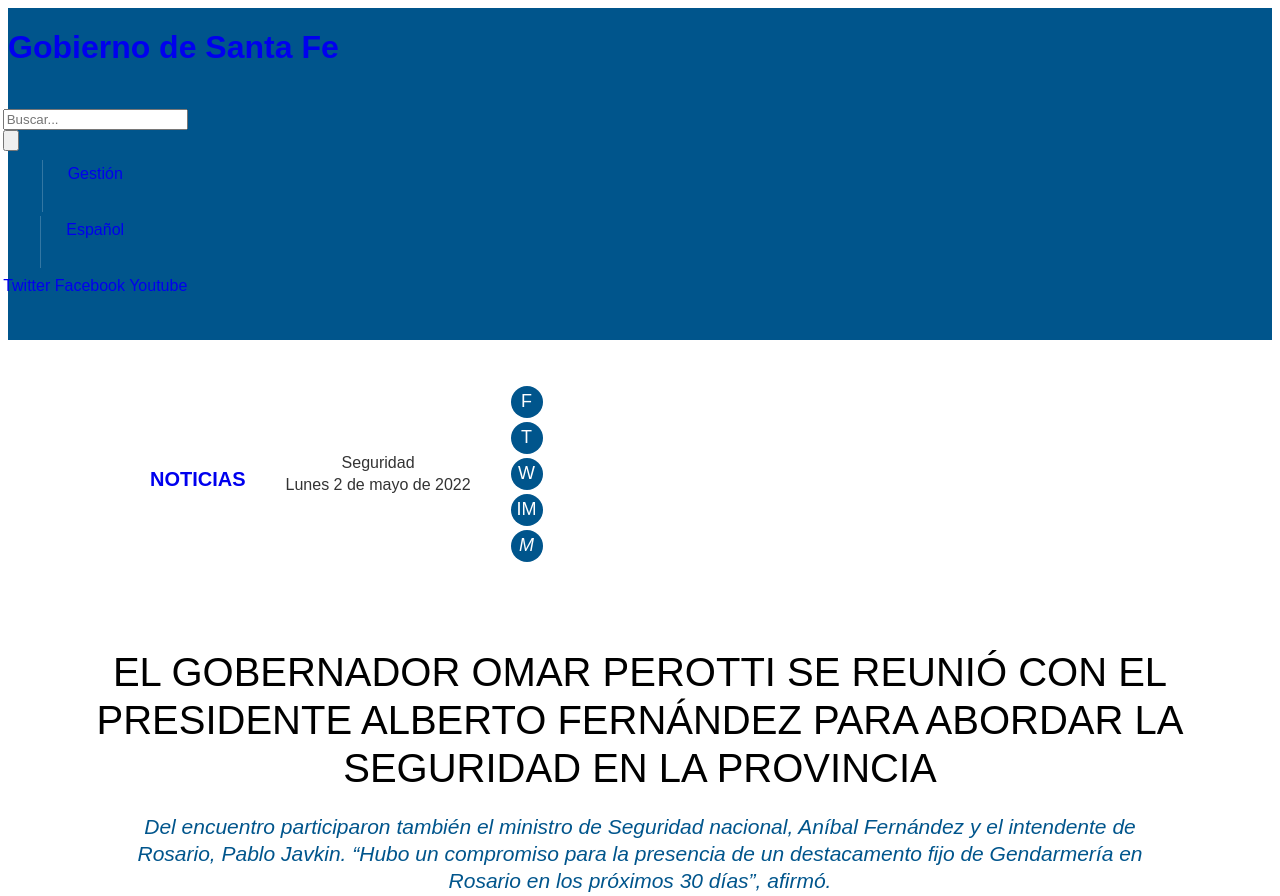
Repository: Larrowo/LPPA
Page: Clase 4/index.html
An editor plug-in stored every save of this project. The page is shown before and after the next save, followed by the edit.
The browser window is 1280 px wide. The pictures show the part of the page from y = 0 to 896 px (the page is 2987 px tall).
A picture or video elsewhere on the page could not be fetched, so the positions and the page height are approximate.

Above is the page before, as saved 2022-05-03 14:25:34.

After the next save:
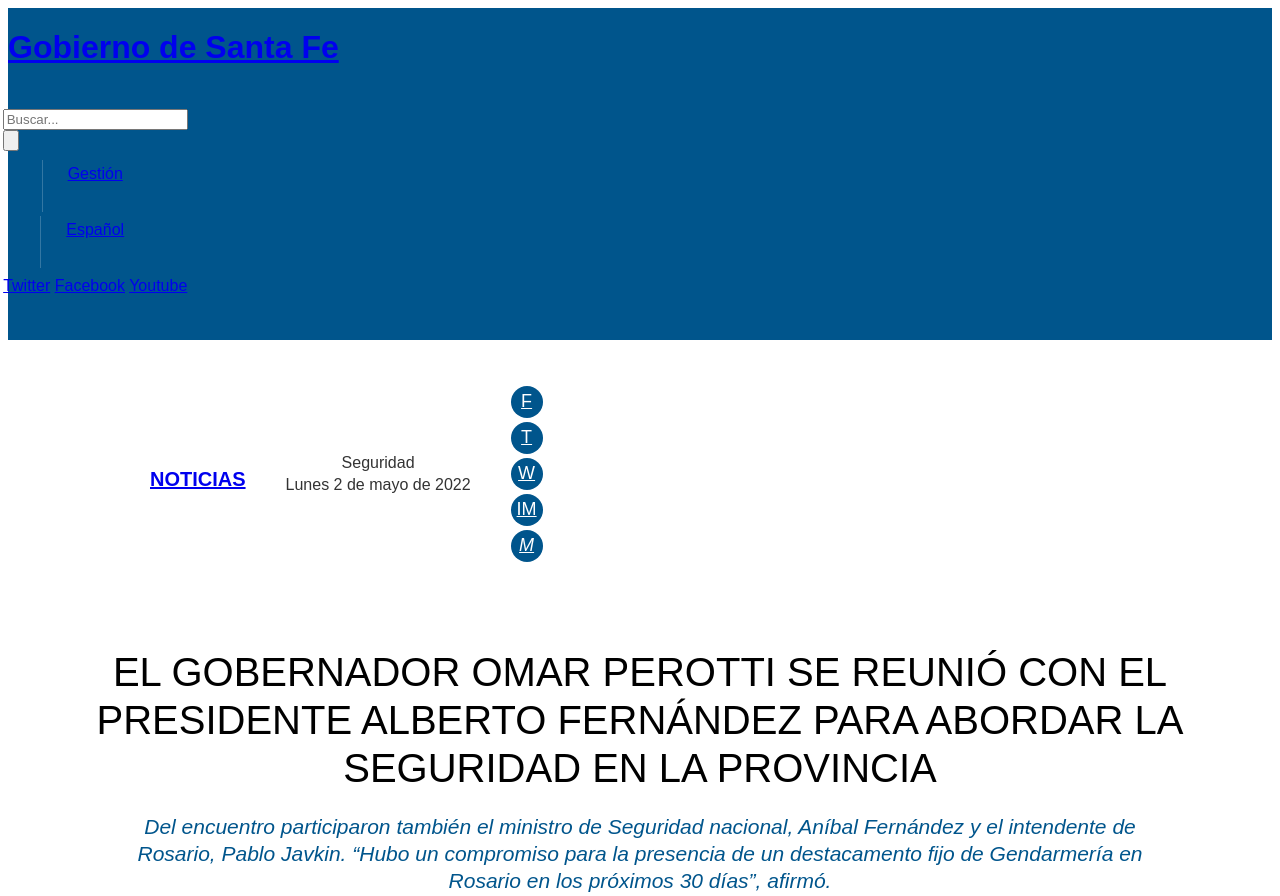
Saved 60 s later.
--- a/Clase 4/style.css
+++ b/Clase 4/style.css
@@ -13,7 +13,7 @@
   gap: 0.25rem;
 }
 
-a {
+a:visited {
   text-decoration: none;
 }
 
@@ -70,9 +70,7 @@
   justify-content: flex-end;
 }
 
-.nav-header{
-
-}
+
 
 #site-header .nav-header .menu-header > li {
   padding: 5px 25px;

After the save that followed:
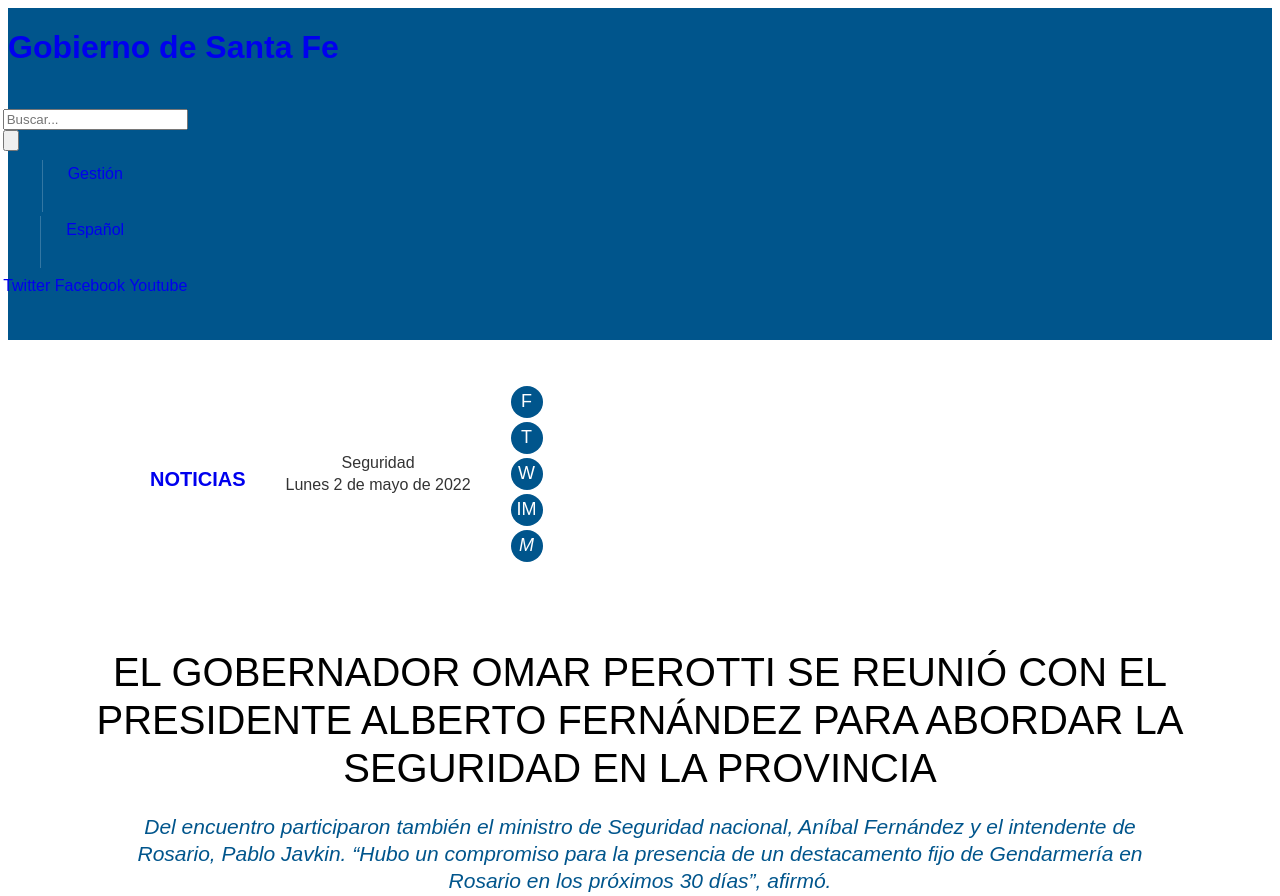
Saved 4 s later.
--- a/Clase 4/style.css
+++ b/Clase 4/style.css
@@ -13,7 +13,7 @@
   gap: 0.25rem;
 }
 
-a:visited {
+a {
   text-decoration: none;
 }
 
